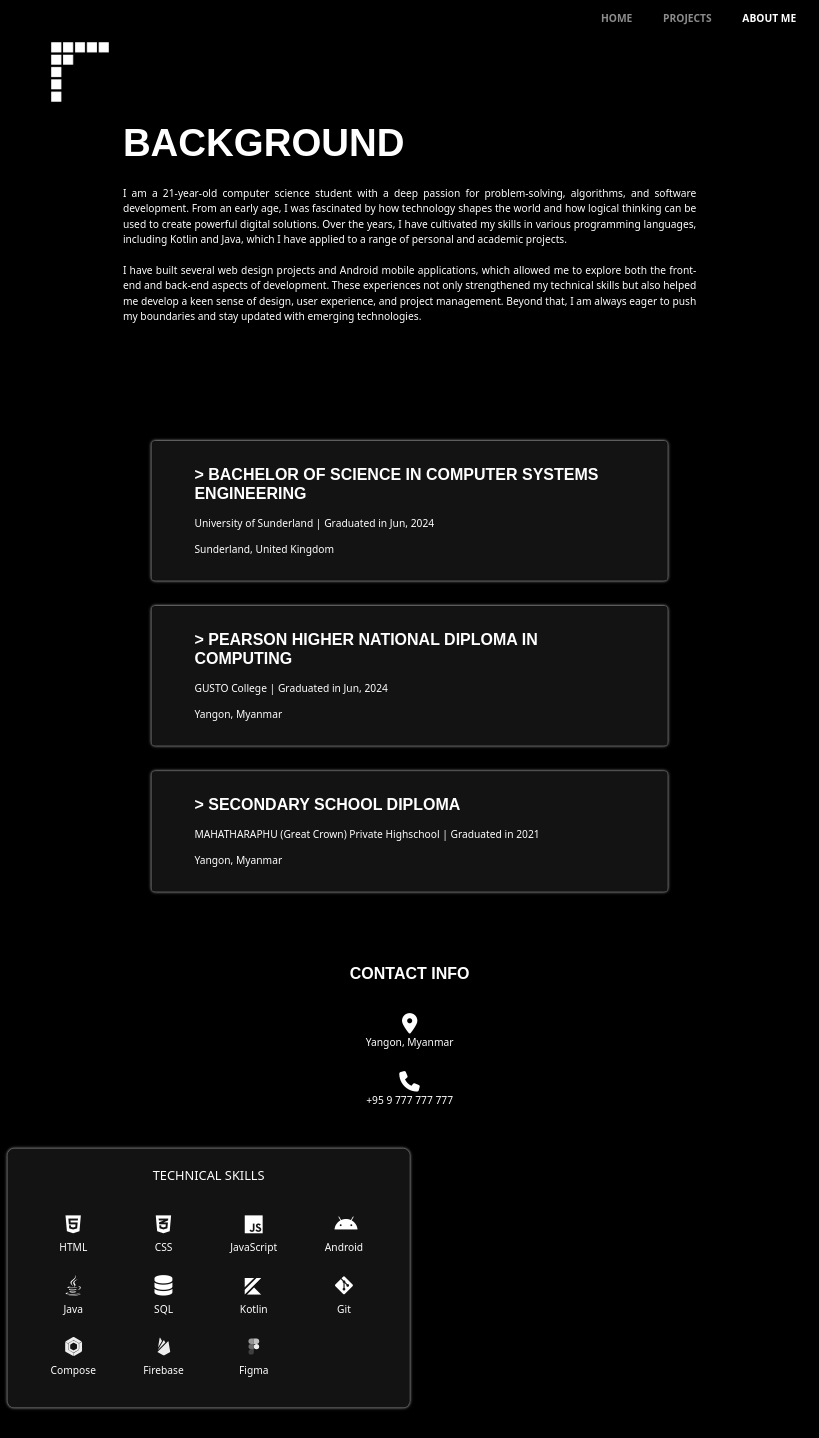
Repository: pyaestk/Portfolio-template
Page: aboutme.html
The author's editor kept a copy of each file at every save. The page is drawn from the files as they stood at one save, then again after a run of saves.
The browser window is 1280 px wide. The pictures show the whole page, at 64% of full size.
Some web fonts or font styles are not loaded; a fallback is used. Some web libraries are served in a nearby version.

Above is the page before, as saved 2025-05-24 13:09:53.
Console error: TypeError: Cannot read properties of null (reading 'addEventListener')

After the next 2 saves:
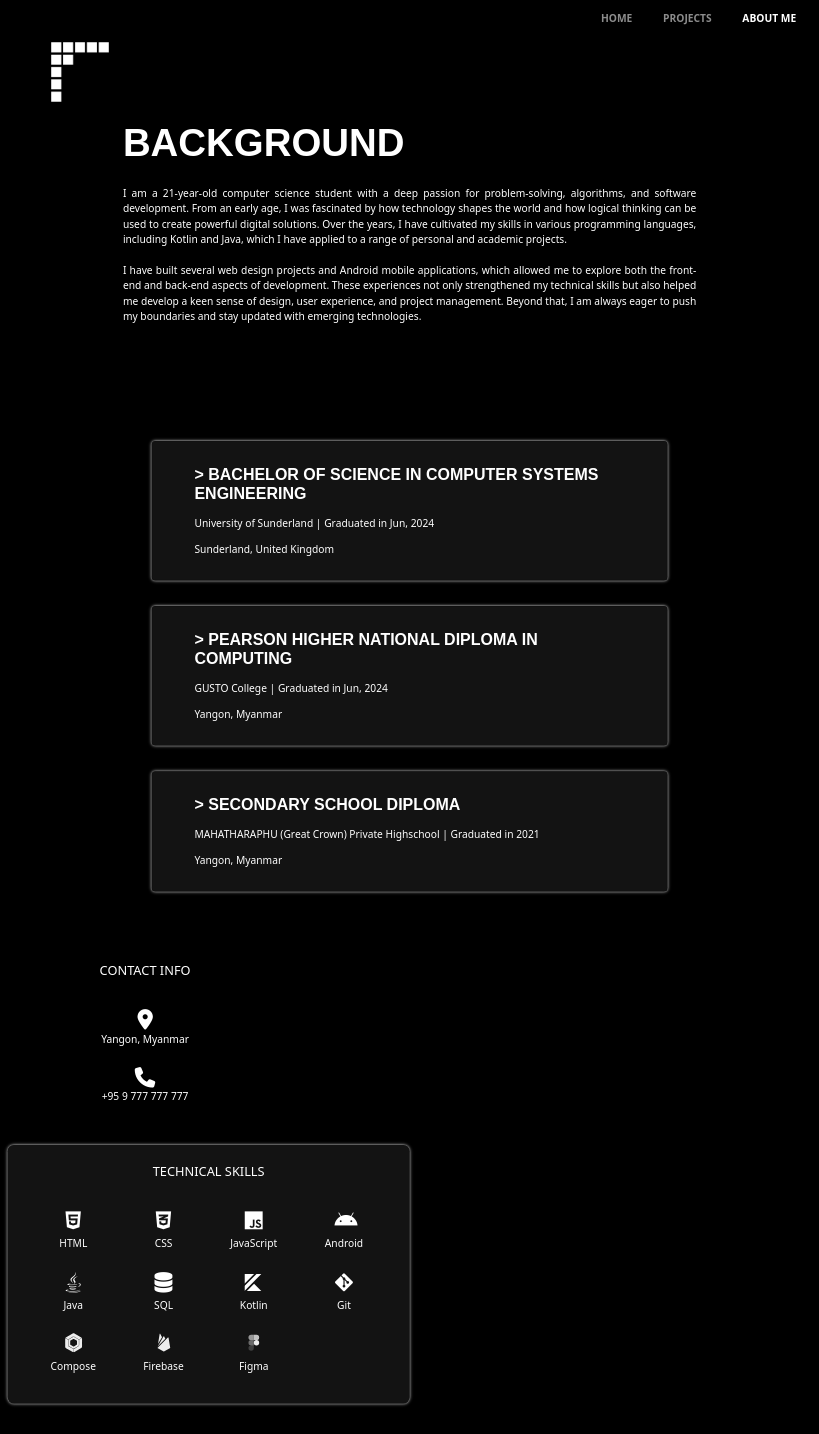
The 2 saves are shown as one change because they came seconds apart.
The last was saved 20 s later.
--- a/styles.css
+++ b/styles.css
@@ -214,17 +214,7 @@ video {
 }
 
 
-.skills-container h5 {
-  font-size: 25px;
-  font-weight: bolder;
-  font-family: "Doto", sans-serif;
-
-}
-.skills-container {
-  display: flex;
-  justify-content: space-evenly;
-
-}
+
 .technical-skills{
   background-color: rgba(29, 29, 29, 0.671);
   box-shadow: 0 0 5px rgb(255, 255, 255);
